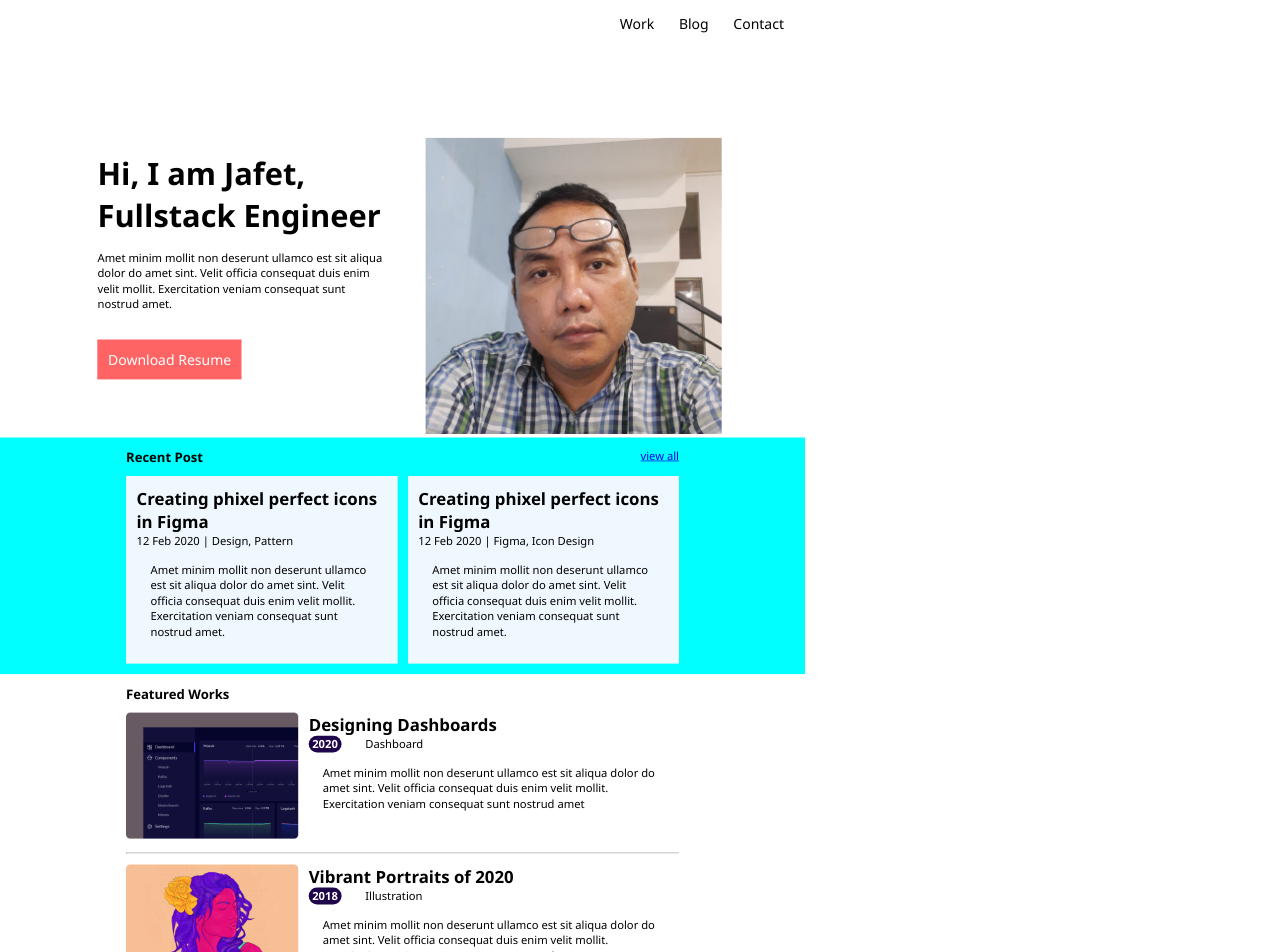
Repository: jafetdn73/portofolio
Page: index.html
The author's editor kept a copy of each file at every save. The page is drawn from the files as they stood at one save, then again after the next save.
The browser window is 1280 px wide. The page is 1280 px wide, then 1808 px, so the pictures cover 1808 px, including what lies to the right of the window. The pictures show the part of the page from y = 0 to 1360 px (the page is 1885 px tall before and 1880 px after), at 70% of full size.

Above is the page before, as saved 2022-02-24 12:57:10.

### index.html
<!DOCTYPE html>
<html lang="en">
<head>
    <meta charset="UTF-8">
    <meta http-equiv="X-UA-Compatible" content="IE=edge">
    <meta name="viewport" content="width=device-width, initial-scale=1.0">
    <link rel="stylesheet" href="figma.css">
    <title>Belajar HTML CSS</title>
</head>
<body>
    <div class="container">
        <!-- Start Menu Bar -->
        <div class="menu-bar">
            <ul>
                <li>
                    Work
                </li>
                <li>
                    Blog
                </li>
                <li>
                    Contact
                </li>
            </ul>
        </div>
        <!-- Starr Hero -->
        <div class="hero">
            <div class="hero-text">
                <h1>Hi, I am Jafet,<br/>
                    Fullstack Engineer
                </h1>
                <p>
                    Amet minim mollit non deserunt ullamco est sit aliqua dolor do amet sint. Velit officia consequat duis enim velit mollit. Exercitation veniam consequat sunt nostrud amet.
                </p>
                <button>Download Resume</button>
            </div>
            <div class="hero-image">
                <img class="hero-image-src" src="jafet.png"/>
            </div>
        </div>
        <!-- Start Post -->
        <div class="post">
            <div class="post-navi">
                <h3>Recent Post</h3>
                <a href="http://detik.com">view all</a>
            </div>
            <div class="post-content">
                <div class="post-content-detail">
                    <h2>Creating phixel perfect icons in Figma</h2>
                    <label>12 Feb 2020</label>
                    <label>|</label>
                    <label>Design, Pattern</label>
                    <p>
                        Amet minim mollit non deserunt ullamco est sit aliqua dolor do amet sint. Velit officia consequat duis enim velit mollit. Exercitation veniam consequat sunt nostrud amet.
                    </p>
                </div>
                <div class="post-content-detail">
                    <h2>Creating phixel perfect icons in Figma</h2>
                    <label>12 Feb 2020</label>
                    <label>|</label>
                    <label>Figma, Icon Design</label>
                    <p>
                        Amet minim mollit non deserunt ullamco est sit aliqua dolor do amet sint. Velit officia consequat duis enim velit mollit. Exercitation veniam consequat sunt nostrud amet.
                    </p>
                </div>
            </div>
        </div>
        <!-- Start Featured -->
        <div class="featured">
            <h3>Featured Works</h3>
            <div class="featured-detail">
                <div class="featured-image">
                    <img src="Rectangle 30.png"/>
                </div>
                <div class="featured-text">
                    <h2>Designing Dashboards</h2>
                    <label class="featured-text-year" ><b>2020</b></label>
                    <label>Dashboard</label>
                    <p>
                        Amet minim mollit non deserunt ullamco est sit aliqua dolor do amet sint. Velit officia consequat duis enim velit mollit. Exercitation veniam consequat sunt nostrud amet
                    </p>
                </div>
            </div>
            <hr/>
            <div class="featured-detail">
                <div class="featured-image">
                    <img src="Rectangle 32.png"/>
                </div>
                <div class="featured-text">
                    <h2>Vibrant Portraits of 2020</h2>
                    <label class="featured-text-year" ><b>2018</b></label>
                    <label>Illustration</label>
                    <p>
                        Amet minim mollit non deserunt ullamco est sit aliqua dolor do amet sint. Velit officia consequat duis enim velit mollit. Exercitation veniam consequat sunt nostrud amet
                    </p>
                </div>
            </div>
            <hr/>
            <div class="featured-detail">
                <div class="featured-image">
                    <img src="Rectangle 34.png"/>
                </div>
                <div class="featured-text">
                    <h2>36 Days of Malayalam type</h2>
                    <label class="featured-text-year" ><b>2018</b></label>
                    <label>Typography</label>
                    <p>
                        Amet minim mollit non deserunt ullamco est sit aliqua dolor do amet sint. Velit officia consequat duis enim velit mollit. Exercitation veniam consequat sunt nostrud amet
                    </p>
                </div>
            </div>
            <hr/>
        </div>
        <!-- Start Social Media -->
        <div class="social-media"><img src="fb.png"/><img src="insta.png"/><img src="group.png"/><img src="linkedin.png"/></div>
        <div class="copyright">Copyright @2020 All right reserved</div>
    </div>
</body>
</html>

### figma.css
* {
    margin: 0;
    font-family:'Segoe UI', Tahoma, Geneva, Verdana, sans-serif
}

.container {
    width: 1150px;
}

.menu-bar {
    display: flex;
    justify-content: flex-end;
    margin-top: 20px;
}

.menu-bar ul li {
    display: inline;
    margin-right: 30px;
    font-size: 20px;
}

/* Start Hero */
.hero {
    display: flex;
    justify-content: space-around;
    margin-top: 150px;
    padding: 0 100px;
}

.hero-image-src {
    width: 423px;
    height: 423px;
}

.hero-text {
    width: 450px;
}

.hero-text h1 {
    font-size: 44px;
    font-weight: 400px;
}

.hero-text p {
    font-size: 16px;
}

.hero-text h1, p, button
{
    margin: 20px;
}

.hero-text button {
    background-color: #FF6464;
    border-style: none;
    padding: 15px;
    font-size: 20px;
    color: white;
}

/* Start Post */
.post {
    background-color:aqua;
    padding:15px 180px;
}

.post-navi {
    display :flex;
    justify-content:space-between ;
}

.post-content {
    display: flex;
    margin-top: 15px;
    gap:15px;
}

.post-content-detail {
    background-color: aliceblue;
    padding:15px;
}

/* Start Featured */
.featured {
    margin : 15px 180px;
    gap:15px;
}

.featured-detail {
    display:flex;
    margin-top: 15px;
    margin-bottom: 15px;
}

.featured-image {
    margin-right: 15px;
}


.social-media{
    margin-top: 150px;
    margin-left: 180px;
    width: 800px;
    text-align: center;
    display: inline-flexbox;
}

.social-media img {
    margin-left:25px;
    margin-right:25px;
}

.copyright {
    margin-top: 20px;
    margin-left: 180px;
    width: 800px;
    text-align: center;
}

.featured-text-year {
    color: white; background-color: rgb(29, 4, 75);padding-left: 5px;padding-right: 5px;padding-bottom: 2px;; border-radius: 25px;margin-right: 30px;
}

After the next save:
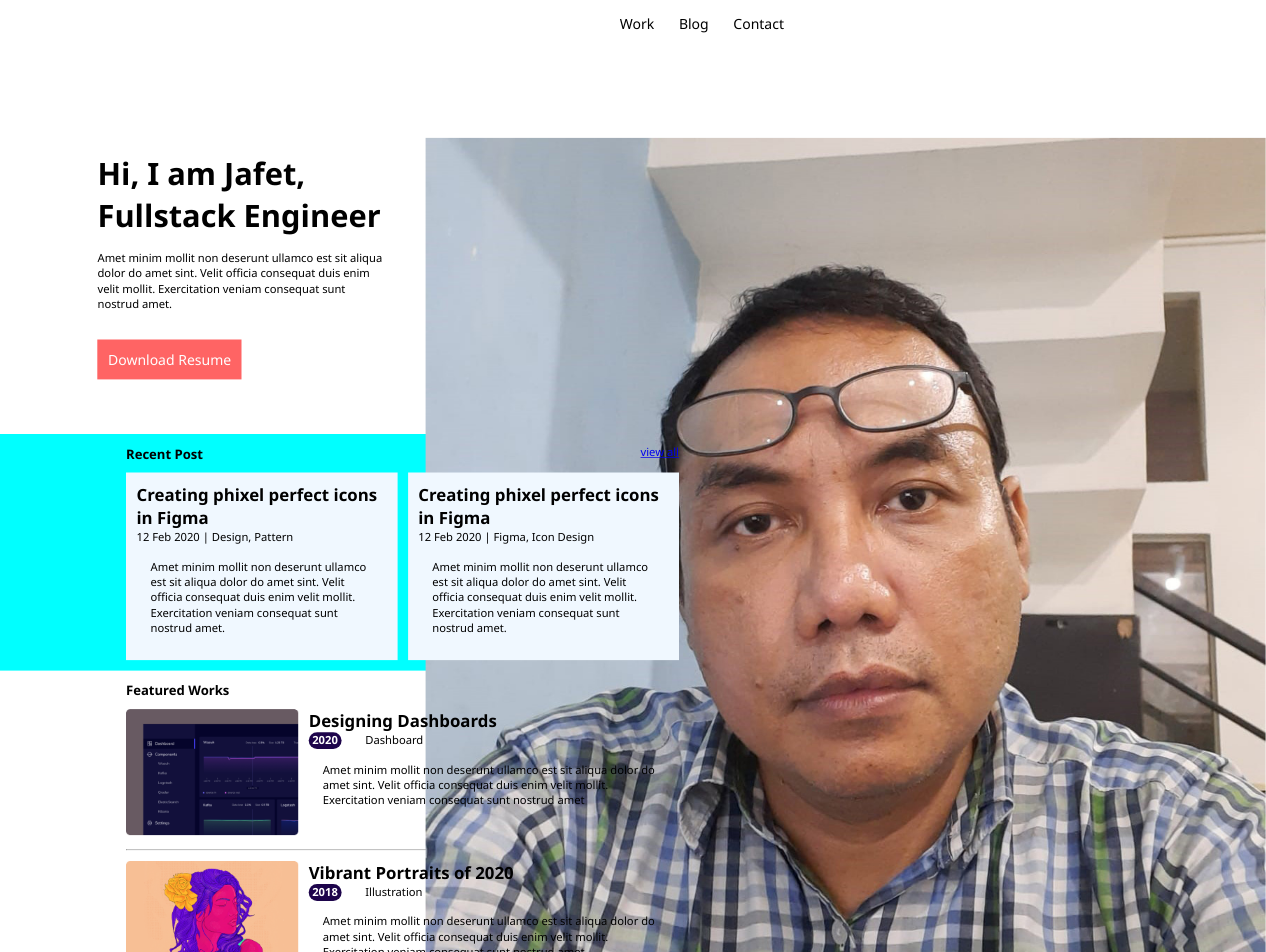
Saved 84 s later.
--- a/figma.css
+++ b/figma.css
@@ -27,7 +27,8 @@
     padding: 0 100px;
 }
 
-.hero-image-src {
+.hero-image {
+    justify-content:center;
     width: 423px;
     height: 423px;
 }
